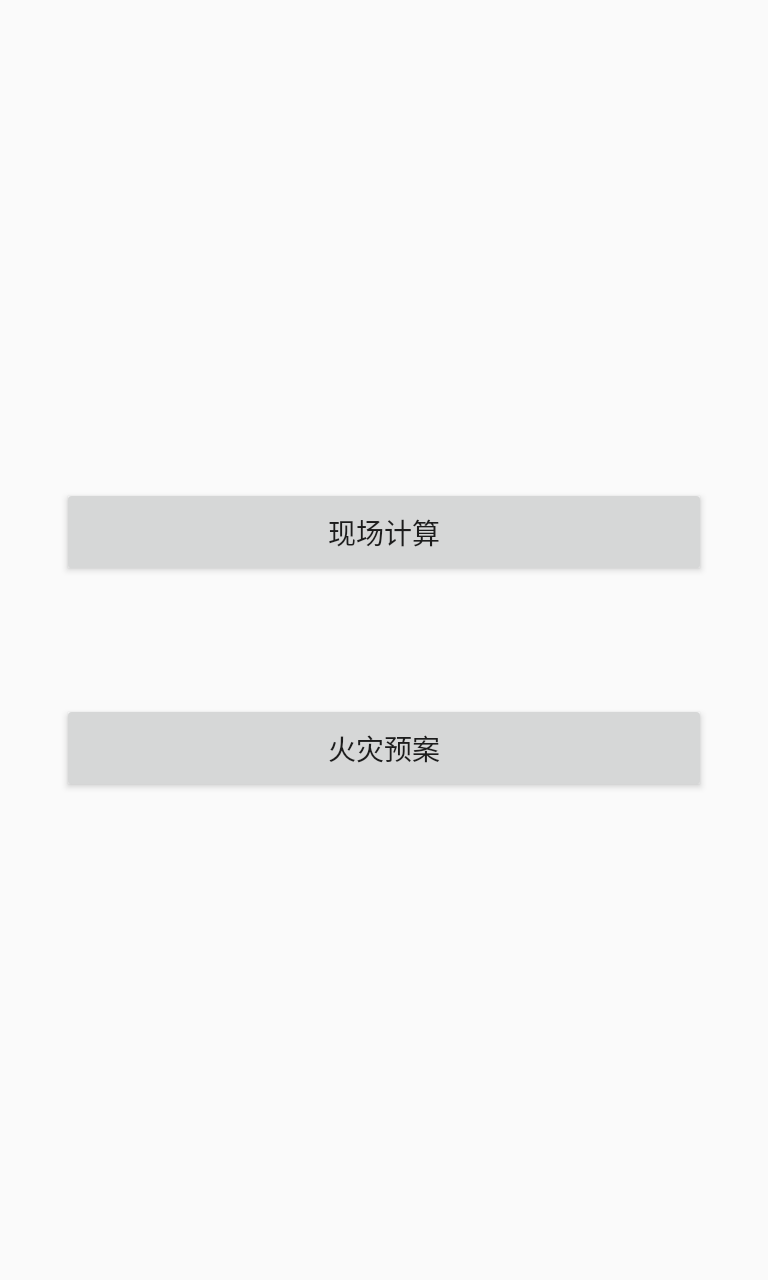
Repository: hohoTT/fireWork_handle_app
Layout: fireWork_handle_app/res/layout/fire_agent.xml
These files come from the project's save history. The layout is drawn as it stood at one moment and after the next save; the edit follows.
It is drawn on a 768 x 1280 px phone screen (xhdpi) without system bars, with theme AppTheme; the app's code is not run.

Above is the layout before, as saved 2016-03-02 03:56:58.

After the next save:
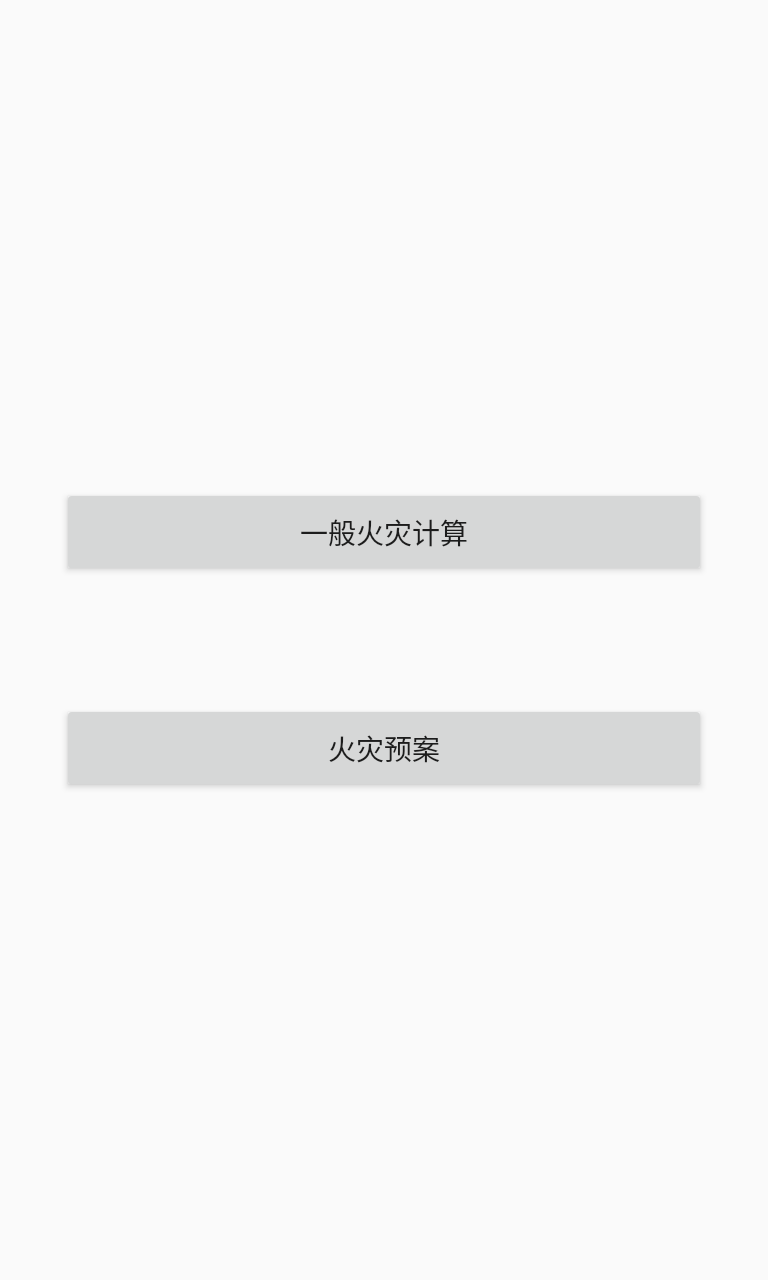
Saved 7 s later.
--- a/fireWork_handle_app/res/layout/fire_agent.xml
+++ b/fireWork_handle_app/res/layout/fire_agent.xml
@@ -10,7 +10,7 @@
 	    android:layout_width="match_parent"
 	    android:layout_height="wrap_content"
 	    android:layout_margin="30dp"
-	    android:text="@string/btu_fire_calculate" />
+	    android:text="@string/btu_normal_fire" />
 
 	<Button
 	    android:id="@+id/btu_fire_plan"
